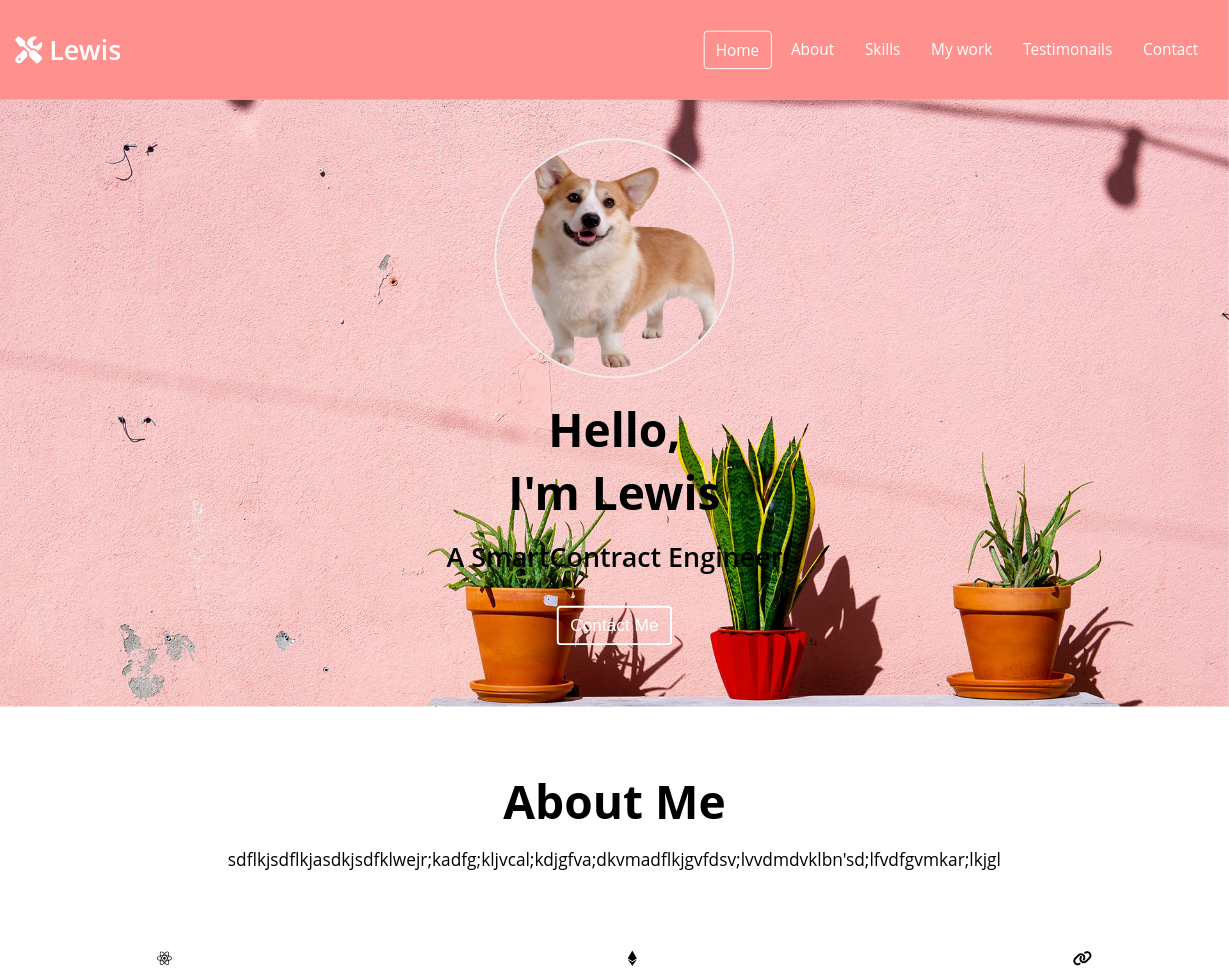
Repository: woojinShim/woojinShim.github.io
Page: index.html
The author's editor kept a copy of each file at every save. The page is drawn from the files as they stood at one save, then again after the next save.
The browser window is 1280 px wide. The pictures show the part of the page from y = 0 to 1011 px (the page is 7162 px tall before and 7006 px after), at 96% of full size.
A picture or video elsewhere on the page could not be fetched, so the positions and the page height are approximate. Some web libraries are served in a nearby version.

Above is the page before, as saved 2022-03-08 19:05:53.

After the next save:
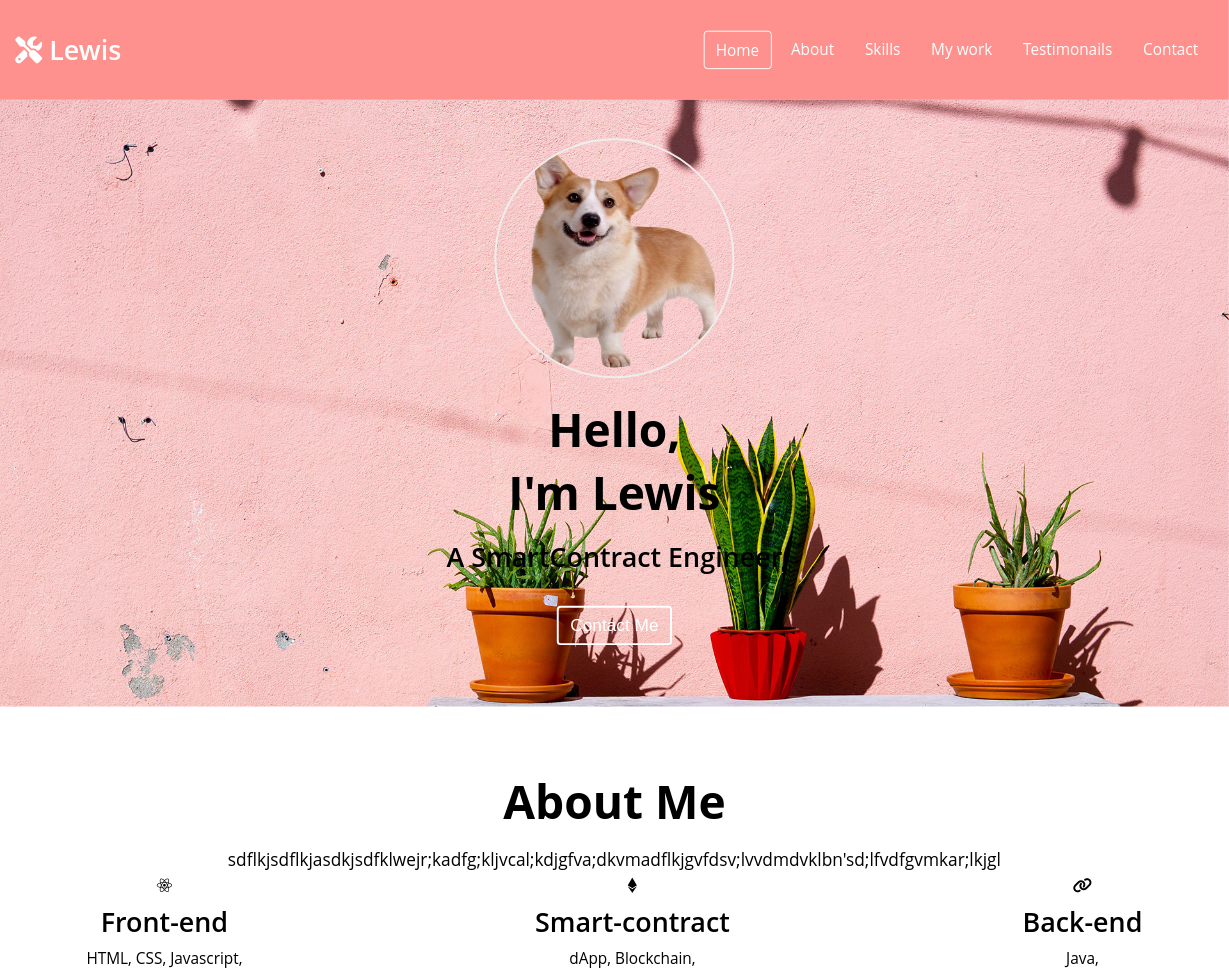
Saved 6 s later.
--- a/style.css
+++ b/style.css
@@ -165,5 +165,5 @@
 .about__majors {
   display: flex;
   justify-content: space-between;
-  margin: 80px 0;
+  /* margin: 80px 0; */
 }

After the save that followed:
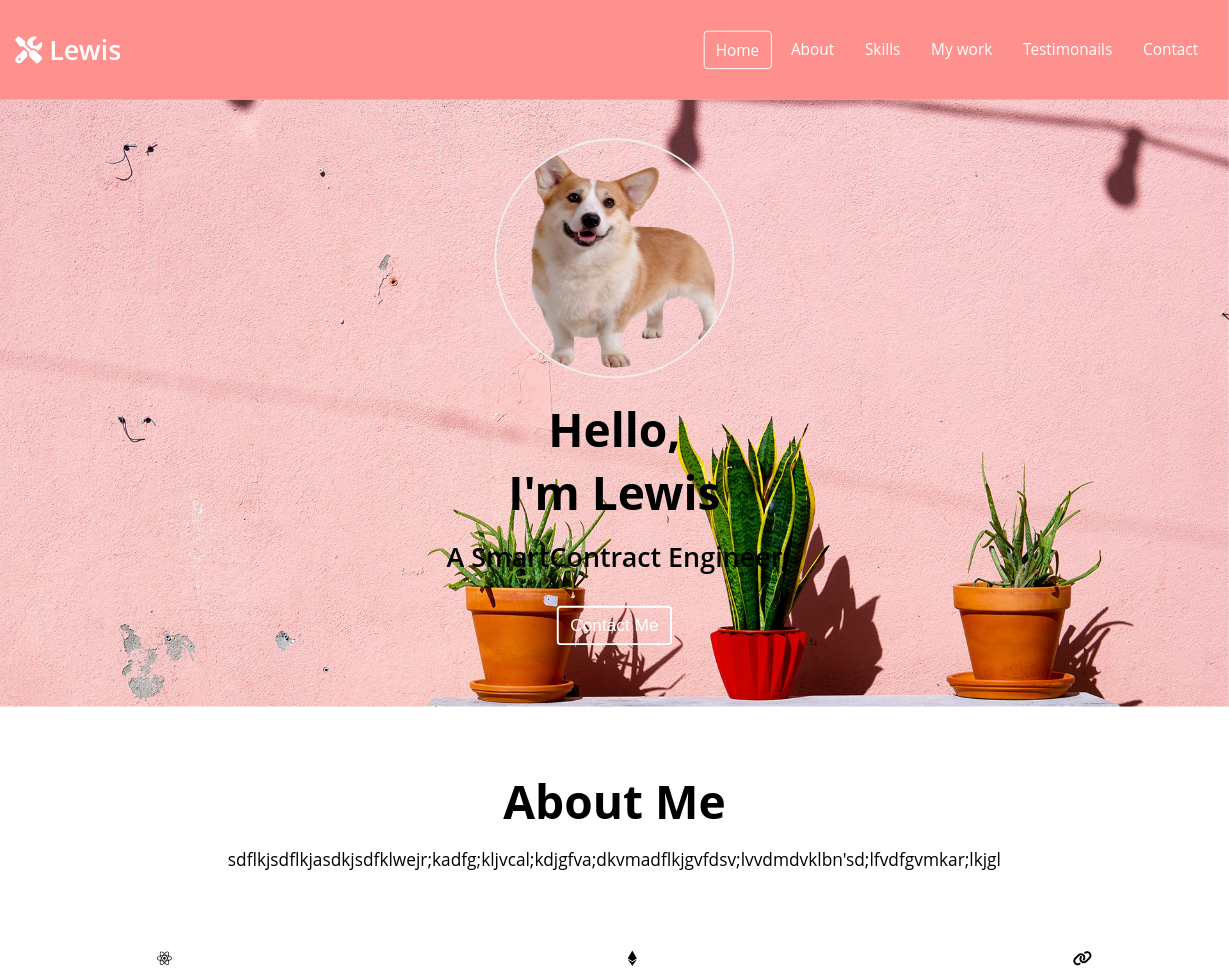
Saved 4 s later.
--- a/style.css
+++ b/style.css
@@ -165,5 +165,5 @@
 .about__majors {
   display: flex;
   justify-content: space-between;
-  /* margin: 80px 0; */
+  margin: 80px 0;
 }
